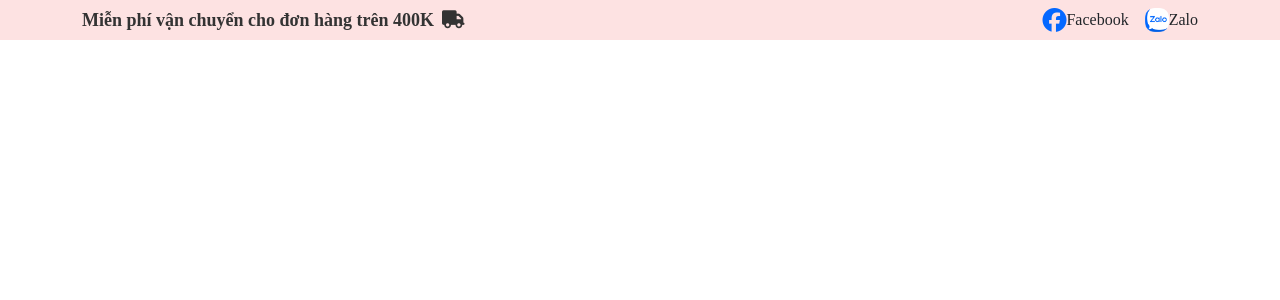
Repository: hoang28092000/kim-store
Page: index.html
An editor plug-in stored every save of this project. The page is shown before and after a run of saves, followed by the edit.
The browser window is 1280 px wide. The pictures show the whole page.
Some web libraries are served in a nearby version.

Above is the page before, as saved 2024-10-31 21:43:32.

After the next 2 saves:
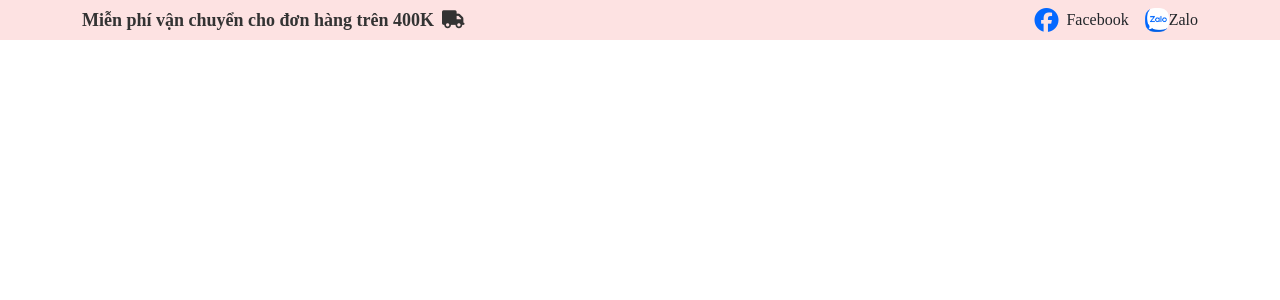
The 2 saves are shown as one change because they came seconds apart.
The last was saved 13 s later.
--- a/index.html
+++ b/index.html
@@ -18,7 +18,7 @@
                     </div>
                     <ul class="icons-header d-flex align-items-center mb-0">
                         <li class="icon d-flex me-3">
-                            <i class="fa-brands fa-facebook icon_fb"></i>
+                            <i class="fa-brands fa-facebook icon_fb me-2"></i>
                             <span>Facebook</span>
                         </li>
                         <li class="icon d-flex">
